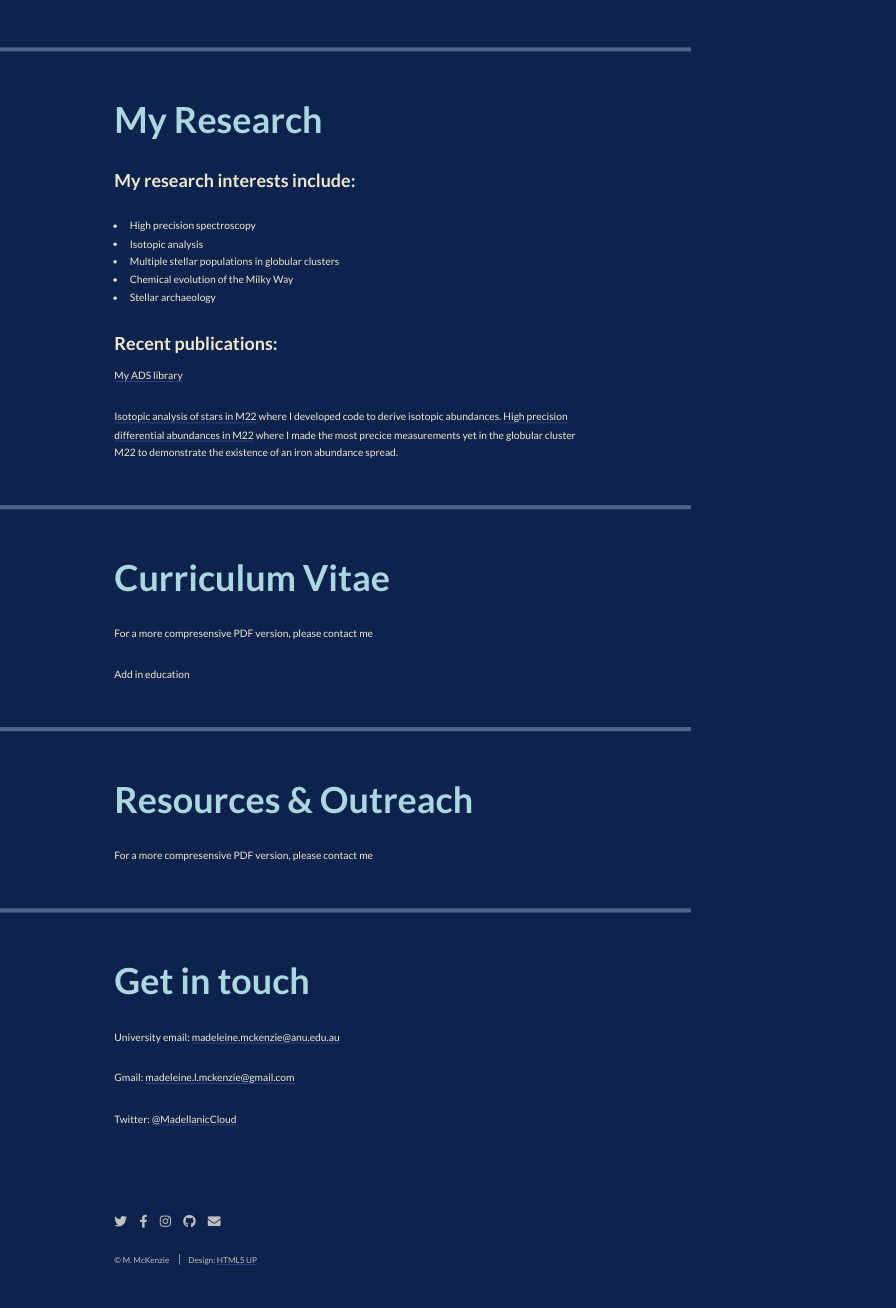
Repository: madeleine-mckenzie/madeleine-mckenzie.github.io
Page: index.html
An editor plug-in stored every save of this project. The page is shown before and after the next save, followed by the edit.
The browser window is 1280 px wide. The pictures show the part of the page from y = 952 to 2872 px (the page is 2820 px tall before and 2872 px after), at 70% of full size.
Backgrounds fixed to the window are drawn as part of the page.

Above is the page before, as saved 2023-11-12 15:46:18.

### index.html
<!DOCTYPE HTML>
<!--
    Read Only by HTML5 UP
    html5up.net | @ajlkn
    Free for personal and commercial use under the CCA 3.0 license (html5up.net/license)
-->
<html>
    <head>
        <title>M. McKenzie</title>
        <meta charset="utf-8" />
        <meta name="viewport" content="width=device-width, initial-scale=1, user-scalable=no" />
        <link rel="stylesheet" href="assets/css/main.css" />
        <style>
            /* Custom style */
            body {
                background: url('images/2023_ANU_3MT_20230727_ANU2022 3.jpg') no-repeat center center fixed;
                background-size: cover;
            }
        </style>
    </head>
    <body class="is-preload">

        <!-- Header -->
        <section id="header">
            <header>
                <!-- Avatar image next to name -->
                <span class="image avatar"><img src="images/IG_DP.jpeg" alt="Madeleine L. McKenzie" /></span>
                <h1>Madeleine L. McKenzie</h1>
                <p>PhD candidate at the Australian National University </p>
                <p> <a href="mailto:madeleine.mckenzie@anu.edu.au">madeleine.mckenzie@anu.edu.au</a></p>
            </header>
            <nav id="nav">
                <ul>
                    <li><a href="#one" class="active">About</a></li>
                    <li><a href="#two">My Research</a></li>
                    <li><a href="#three">CV</a></li>
                    <li><a href="#four">Resources</a></li>
                    <li><a href="#five">Contact</a></li>
                </ul>
            </nav>
        </section>

        <!-- Wrapper -->
        <div id="wrapper">

            <!-- Main -->
            <div id="main">

                <!-- One -->
                <section id="one">
                    <div class="image main" data-position="center">
                        <!-- Top banner image -->
                        <img src="images/2023_ANU_3MT_20230727_ANU2022.jpg" alt="" />
                    </div>
                    <div class="container">
                        <header class="major">
                            <h2>Hi!</h2>
                        </header>
                        <p>I'm Madeleine, an Australian astrophysicist interested in all things Milky Way. I was born and raised in Perth, Western Australia,
                            and completed my undergraduate degree and Masters of Astrophysics at the University of Western Australia and International Centre
                            for Radio Astronomy Research. My Masters thesis is titled "Simulating the Formation of Multiple Stellar Populations in Globular Clusters", supervised
                            by Professor Kenji Bekki. I am currently a PhD candidate at the Australian National University, supervised by Dr. David Yong and
                            Professor Mark Krumholz. I primarily work on high precision spectroscopy and isotopic analysis of globular clusters.
                            I am in my final year of my PhD and am currently applying for postdoc positions.
                        </p>
                    </div>
                </section>

                <!-- Two -->
                <section id="two">
                    <div class="container">
                        <header class="major">
                            <h2>My Research</h2>
                        </header>
                        <h3>My research interests include:</h3>
                        <p><ul>
                                <li>High precision spectroscopy</li>
                                <li>Isotopic analysis</li>
                                <li>Multiple stellar populations in globular clusters</li>
                                <li>Chemical evolution of the Milky Way</li>
                                <li>Stellar archaeology</li>
                            </ul>
                        <h3>Recent publications:</h3>
                        <p><a href="https://ui.adsabs.harvard.edu/user/libraries/K8q3Fv2nS-eG0YgK9U_ysw">My ADS library</a></p>

                        <a href="https://ui.adsabs.harvard.edu/abs/2023MNRAS.tmp.2870M/abstract">Isotopic analysis of stars in M22</a> where I developed code to
                        derive isotopic abundances.
                        <a href="https://ui.adsabs.harvard.edu/abs/2023MNRAS.tmp.2870M/abstract">High precision differential abundances in M22</a> where I
                        made the most precice measurements yet in the globular cluster M22 to demonstrate the existence of an iron abundance spread.

                        </p>

                    </div>
                </section>

                <!-- three -->
                <section id="three">
                    <div class="container">
                        <header class="major">
                            <h2>Curriculum Vitae</h2>
                        </header>
                        <p>For a more compresensive PDF version, please contact me</p>
                        <p>Add in education</p>
                        <!-- Icons grid here -->
                    </div>
                </section>

                 <!-- four -->
                 <section id="four">
                    <div class="container">
                        <header class="major">
                            <h2>Resources & Outreach</h2>
                        </header>
                        <p>For a more compresensive PDF version, please contact me</p>
                        <!-- Icons grid here -->
                    </div>
                </section>

                <!-- Three -->
                <section id="five">
                    <div class="container">
                        <header class="major">
                            <h2>Get in touch</h2>
                        </header>
                        <p>University email: <a href="mailto:madeleine.mckenzie@anu.edu.au">madeleine.mckenzie@anu.edu.au</a></p>
                        <p>Gmail: <a href="mailto:madeleine.l.mckenzie@gmail.com">madeleine.l.mckenzie@gmail.com</a></p>
                        <p>Twitter: <a href="https://twitter.com/MadellanicCloud" target="_blank">@MadellanicCloud</a></p>
                    </div>
                </section>

            </div>

            <!-- Footer -->
            <section id="footer">
                <div class="container">
                    <ul class="icons">
                        <!-- Social media icons here -->
                        <li><a href="#" class="icon brands fa-twitter"><span class="label">Twitter</span></a></li>
                        <li><a href="#" class="icon brands fa-facebook-f"><span class="label">Facebook</span></a></li>
                        <li><a href="#" class="icon brands fa-instagram"><span class="label">Instagram</span></a></li>
                        <li><a href="#" class="icon brands fa-github"><span class="label">Github</span></a></li>
                        <li><a href="#" class="icon solid fa-envelope"><span class="label">Email</span></a></li>
                    </ul>
                    <ul class="copyright">
                        <li>&copy; M. McKenzie</li>
                        <li>Design: <a href="http://html5up.net">HTML5 UP</a></li>
                    </ul>
                </div>
            </section>

        </div>

        <!-- Scripts -->
        <script src="assets/js/jquery.min.js"></script>
        <script src="assets/js/jquery.scrollex.min.js"></script>
        <script src="assets/js/jquery.scrolly.min.js"></script>
        <script src="assets/js/browser.min.js"></script>
        <script src="assets/js/breakpoints.min.js"></script>
        <script src="assets/js/util.js"></script>
        <script src="assets/js/main.js"></script>

    </body>
</html>

Loaded but not shown: assets/js/jquery.min.js (library); assets/js/jquery.scrollex.min.js (common file); assets/js/jquery.scrolly.min.js (common file); assets/js/browser.min.js (common file); assets/js/breakpoints.min.js (common file); assets/css/fontawesome-all.min.css (library); assets/js/util.js (587 lines, source omitted); assets/js/main.js (159 lines, source omitted); assets/css/main.css (3340 lines, source omitted)

After the next save:
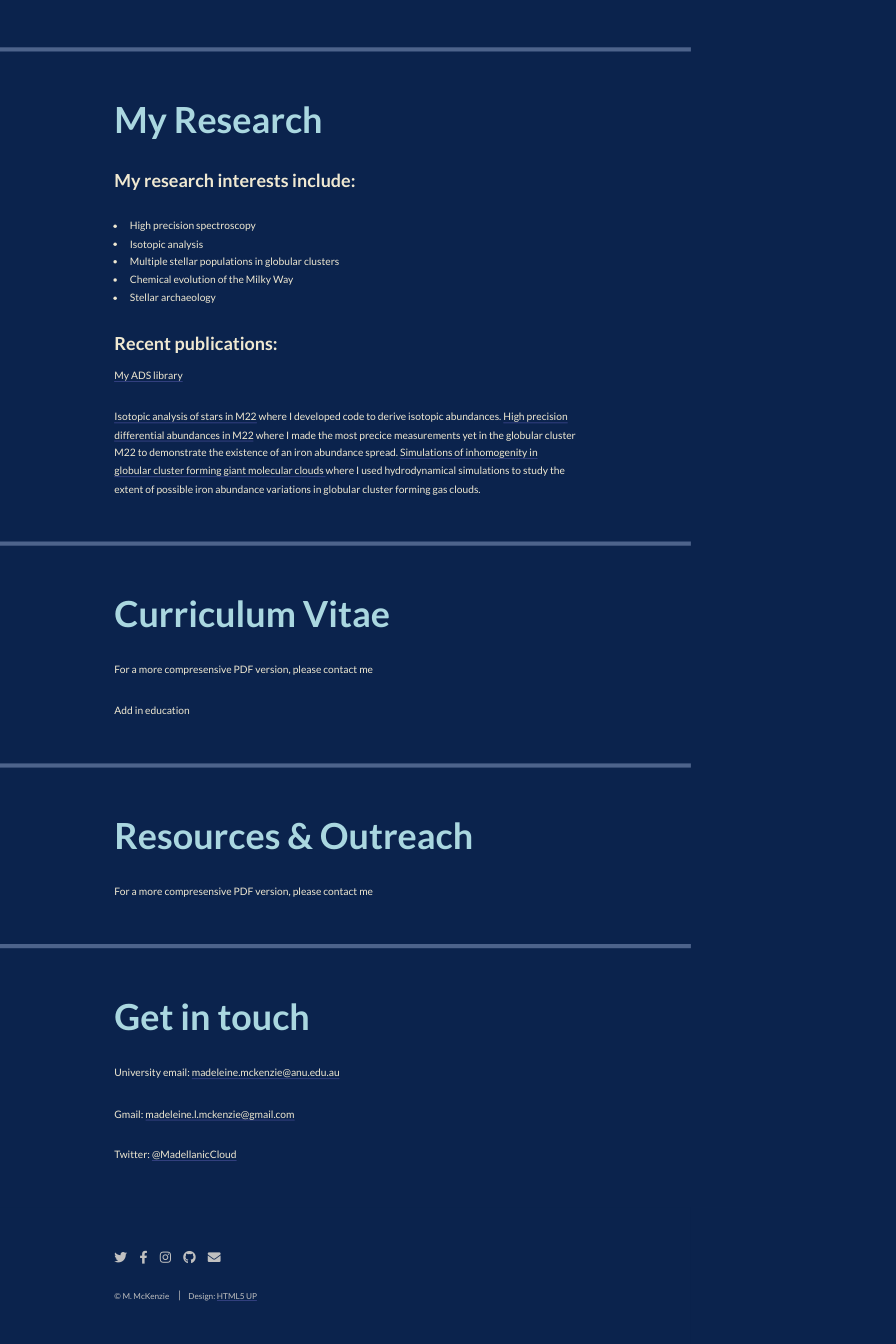
Saved 2 min 11 s later.
--- a/index.html
+++ b/index.html
@@ -85,9 +85,11 @@
 
                         <a href="https://ui.adsabs.harvard.edu/abs/2023MNRAS.tmp.2870M/abstract">Isotopic analysis of stars in M22</a> where I developed code to
                         derive isotopic abundances.
-                        <a href="https://ui.adsabs.harvard.edu/abs/2023MNRAS.tmp.2870M/abstract">High precision differential abundances in M22</a> where I
+                        <a href="https://ui.adsabs.harvard.edu/abs/2022MNRAS.516.3515M/abstract">High precision differential abundances in M22</a> where I
                         made the most precice measurements yet in the globular cluster M22 to demonstrate the existence of an iron abundance spread.
-
+                        <a href="https://ui.adsabs.harvard.edu/abs/2022MNRAS.516.3515M/abstract">Simulations of inhomogenity in globular cluster forming giant
+                            molecular clouds </a> where I
+                        used hydrodynamical simulations to study the extent of possible iron abundance variations in globular cluster forming gas clouds.
                         </p>
 
                     </div>
